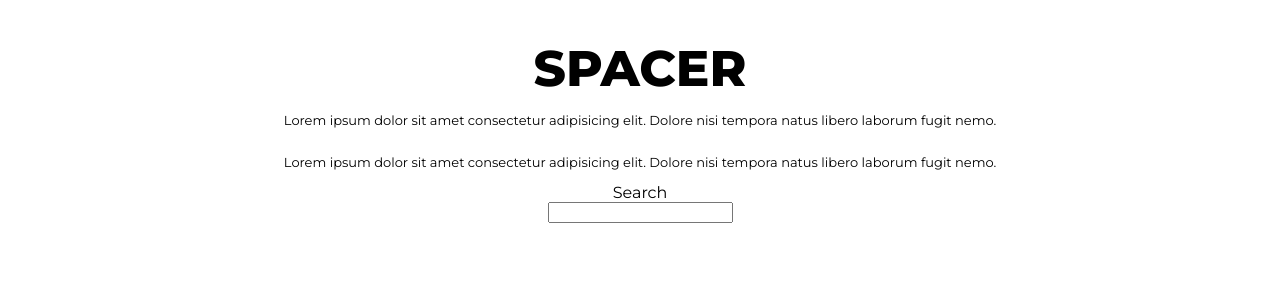
Repository: Trelefele/spacer-roman
Page: /
The author's editor kept a copy of each file at every save. The page is drawn from the files as they stood at one save, then again after a run of saves.
The browser window is 1280 px wide. The pictures show the whole page.
The project was rebuilt for these pictures with package versions that can differ from the ones it lists, and the page was loaded fresh each time.

Above is the page before, as saved 2019-02-03 18:20:10.

### public/index.html
<!DOCTYPE html>
<html lang="en">
  <head>
    <meta charset="utf-8">
    <meta http-equiv="X-UA-Compatible" content="IE=edge">
    <meta name="viewport" content="width=device-width,initial-scale=1.0">
    <link rel="icon" href="<%= BASE_URL %>favicon.ico">
    <!-- <script src="https://unpkg.com/axios/dist/axios.min.js"></script> -->
    <title>spacer-roman</title>
  </head>
  <body>
    <noscript>
      <strong>We're sorry but spacer-roman doesn't work properly without JavaScript enabled. Please enable it to continue.</strong>
    </noscript>
    <div id="app"></div>
    <!-- built files will be auto injected -->
  </body>
</html>

### src/App.vue
<template>
  <div class="app">
    <router-view/>
  </div>
</template>

<style lang="scss" scoped >
@import url('https://fonts.googleapis.com/css?family=Montserrat:300,400,600,800');

* {
  box-sizing: border-box;
  font-family: 'Montserrat', sans-serif;
}

</style>

### src/router.js
import Vue from 'vue';
import Router from 'vue-router';
// import Home from './views/Home.vue';
import Search from './views/Search.vue';


Vue.use(Router);

export default new Router({
//   mode: 'history',
//   base: process.env.BASE_URL,
  routes: [
    {
      path: '/',
      name: 'Search',
      component: Search,
    },
  ],
});

### src/views/Search.vue
<template>
  <div class="searchWrapper">
    <Claim/>
  <div class="search"></div>
    <label for="search">Search</label>
    <input
      id="search"
      name="search"
      v-model="searchValue"
      @input="handleInput"
      />

  </div>
</template>

<script>
import axios from 'axios';
import debounce from 'lodash.debounce';
import Claim from '@/components/Claim.vue';
import SearchInput from '@/components/SearchInput.vue';

const API = 'https://images-api.nasa.gov/search';

export default {
  name: 'Search',
  components: {
    Claim,
    SearchInput,
  },
  data() {
    return {
      searchValue: '',
      results: [],
    };
  },
  methods: {
    // eslint-disable-next-line
    handleInput: debounce(function(){
      axios.get(`${API}?q=${this.searchValue}&media_type=image`)
        .then((response) => {
          // this.results = response.data.collection.items;
          this.results = response.data.collection.items;
        })
        .catch((error) => {
          console.log(error);
        });
    }, 500),
  },
};
</script>

<style lang="scss" scoped>
    .searchWrapper {
        display: flex;
        flex-direction: column;
        align-items: center;
        margin: 0;
        padding: 30px;
        width: 100%
    }
</style>

### src/components/Claim.vue
<template>
    <div class="claimWrapper">
        <h1 class="claim">SPACER</h1>
        <p class="subclaim">
            Lorem ipsum dolor sit amet consectetur adipisicing elit.
            Dolore nisi tempora natus libero laborum fugit nemo.
        </p>
        <p class="subclaim">
            Lorem ipsum dolor sit amet consectetur adipisicing elit.
            Dolore nisi tempora natus libero laborum fugit nemo.
        </p>
    </div>
</template>

<script>

export default {
  name: 'Claim',
};

</script>

<style lang="scss" scoped>

* {
  box-sizing: border-box;
  -webkit-font-smoothing: antialiased;
  -moz-osx-font-smoothing: grayscale;
}


.claimWrapper{
    display: flex;
    flex-direction: column;
    justify-content: center;
    align-items: center;
}

.claim{
    font-size: 50px;
    margin: 0;
}

.subclaim{
    padding-top:  0 0 0;
    font-size: 13px;
}
</style>

### src/components/SearchInput.vue
<template>
    <div class="searchInputWrapper">
        <label for="search">Search</label>
        <input
        id="search"
        name="search"
        v-model="searchValue"
        @input="handleInput"
        />
    </div>
</template>

<script>
export default {
    name: 'SearchInput',
};
</script>

<style lang="scss" scoped>
    .search {
        display: flex;
        flex-direction: column;
        width: 250px;
    }
    input {
      height: 30px;
      border: 0;
      border-bottom: 1px solid black;
    }
</style>

Loaded but not shown: src/main.js (common file)

After the next 3 saves:
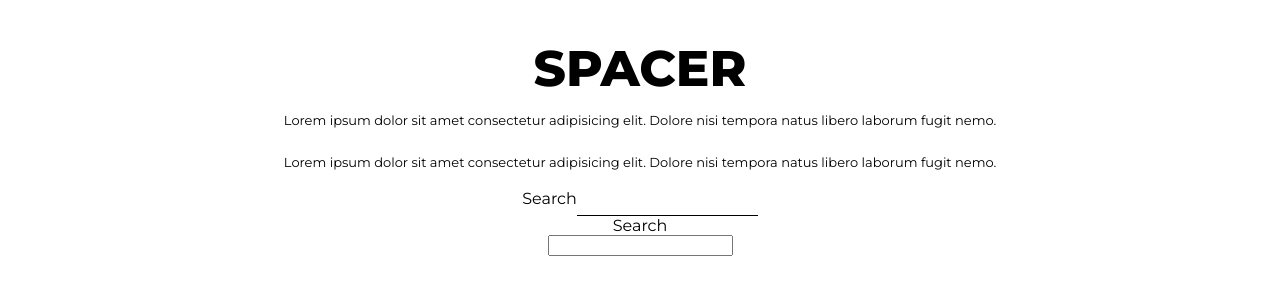
The 3 saves are shown as one change because 1 did not build or start and some came seconds apart.
The last was saved 36 s later.
--- a/src/views/Search.vue
+++ b/src/views/Search.vue
@@ -1,6 +1,7 @@
 <template>
   <div class="searchWrapper">
     <Claim/>
+    <SearchInput/>
   <div class="search"></div>
     <label for="search">Search</label>
     <input
